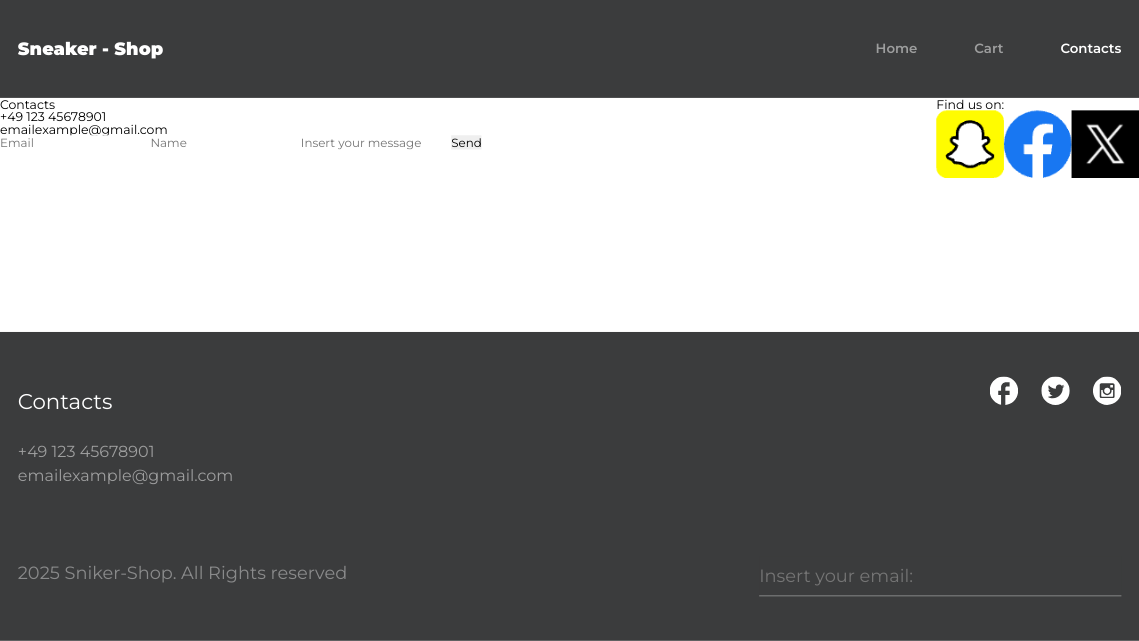
Repository: IstratiiNik/sneaker-shop
Page: /contacts
These files come from the project's save history. The page is drawn as it stood at one moment and after the next save; the edit follows.
The browser window is 1280 px wide. The pictures show the whole page, at 89% of full size.
The page's requests for data from a server got no answer. The project was rebuilt for these pictures with package versions that can differ from the ones it lists, and the page was loaded fresh each time. No one was signed in, and anything a server would have sent is missing. Also part of the build but not shown: vite.config.js, src/components/News/News.module.scss, src/components/News/News.jsx, src/components/ProductCard/ProductCard.module.scss, src/components/ProductCard/ProductCard.jsx, src/components/Main/Main.module.scss, src/components/Main/Main.jsx, src/components/CartCard/CartCard.module.scss and 3 more.

Above is the page before, as saved 2025-07-03 11:18:33.

After the next save:
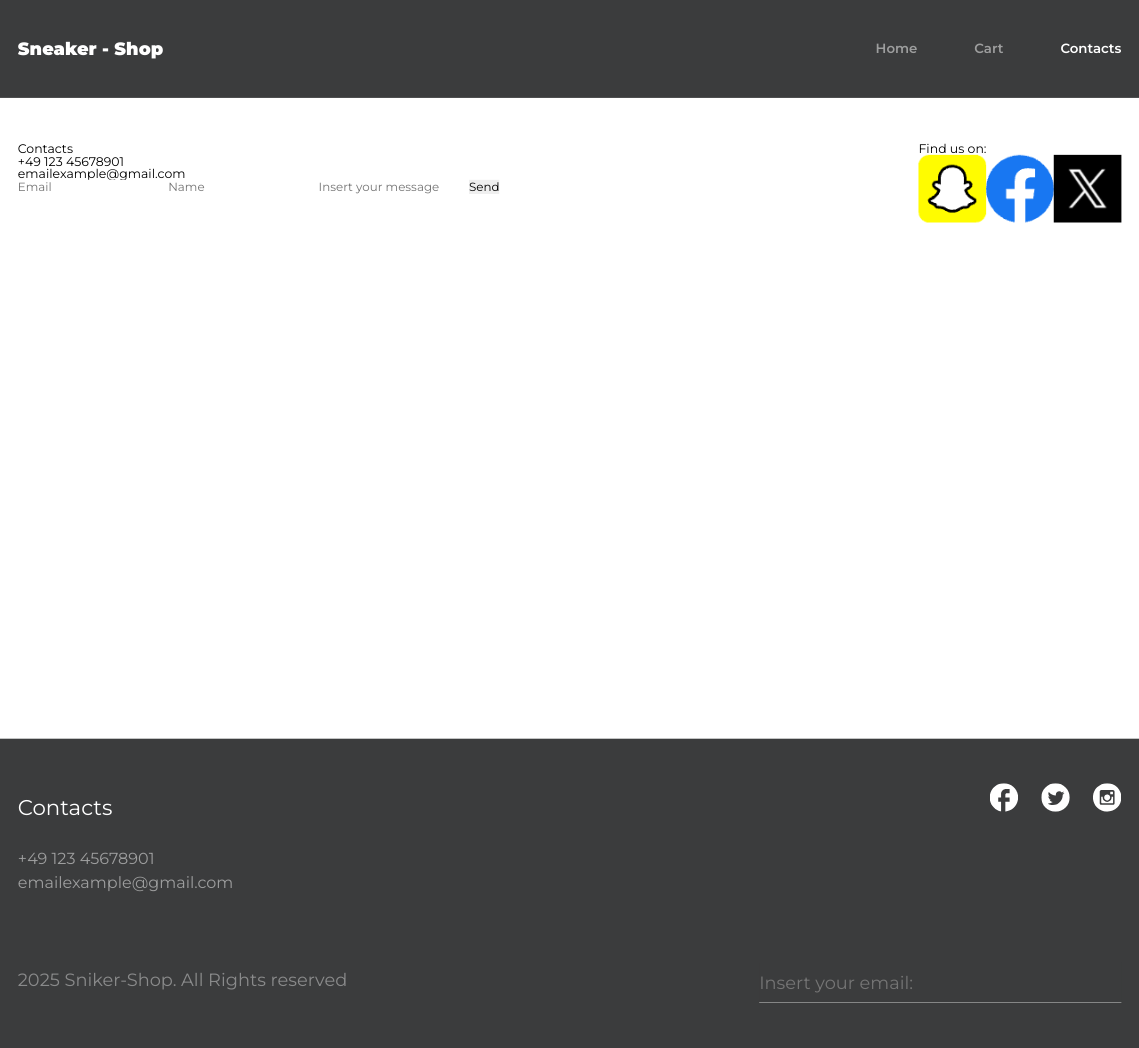
Saved 44 s later.
--- a/src/components/Contacts/Contacts.module.scss
+++ b/src/components/Contacts/Contacts.module.scss
@@ -1,7 +1,10 @@
 .contacts {
   display: flex;
   justify-content: space-between;
-  margin: o auto;
+  max-width: 1460px;
+  min-height: 100vh;
+  padding: 50px 20px;
+  margin: 0 auto;
 }
 .contactForm {
 }
